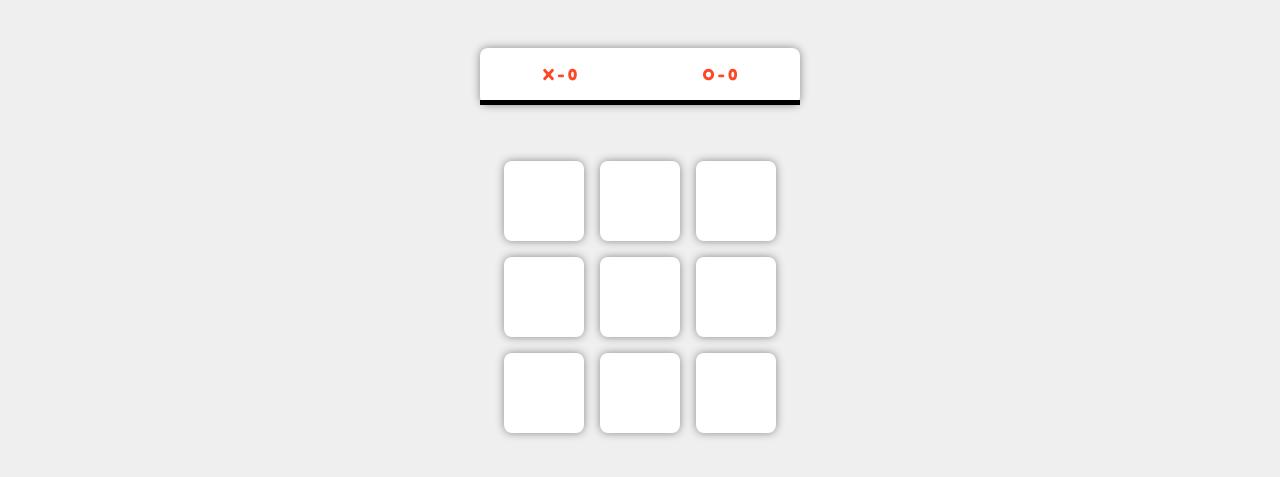
Repository: Seva2705/tic-tac-toe.github.io
Page: /
An editor plug-in stored every save of this project. The page is shown before and after the next save, followed by the edit.
The browser window is 1280 px wide. The pictures show the whole page.
The project was rebuilt for these pictures with package versions that can differ from the ones it lists, and the page was loaded fresh each time.

Above is the page before, as saved 2023-04-04 17:57:46.

After the next save:
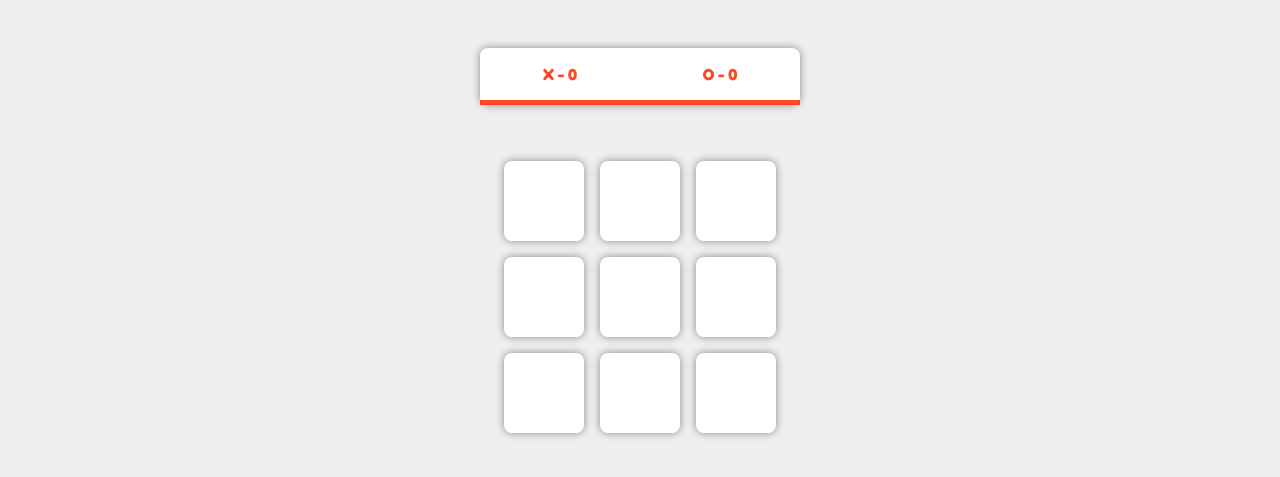
Saved 13 s later.
--- a/src/components/ScoreBoard.css
+++ b/src/components/ScoreBoard.css
@@ -20,5 +20,5 @@
 
 .x-score {
     color: rgb(255,70,37);
-    border-bottom: 5px solid #000;
+    border-bottom: 5px solid rgb(255,70,37);
 }
